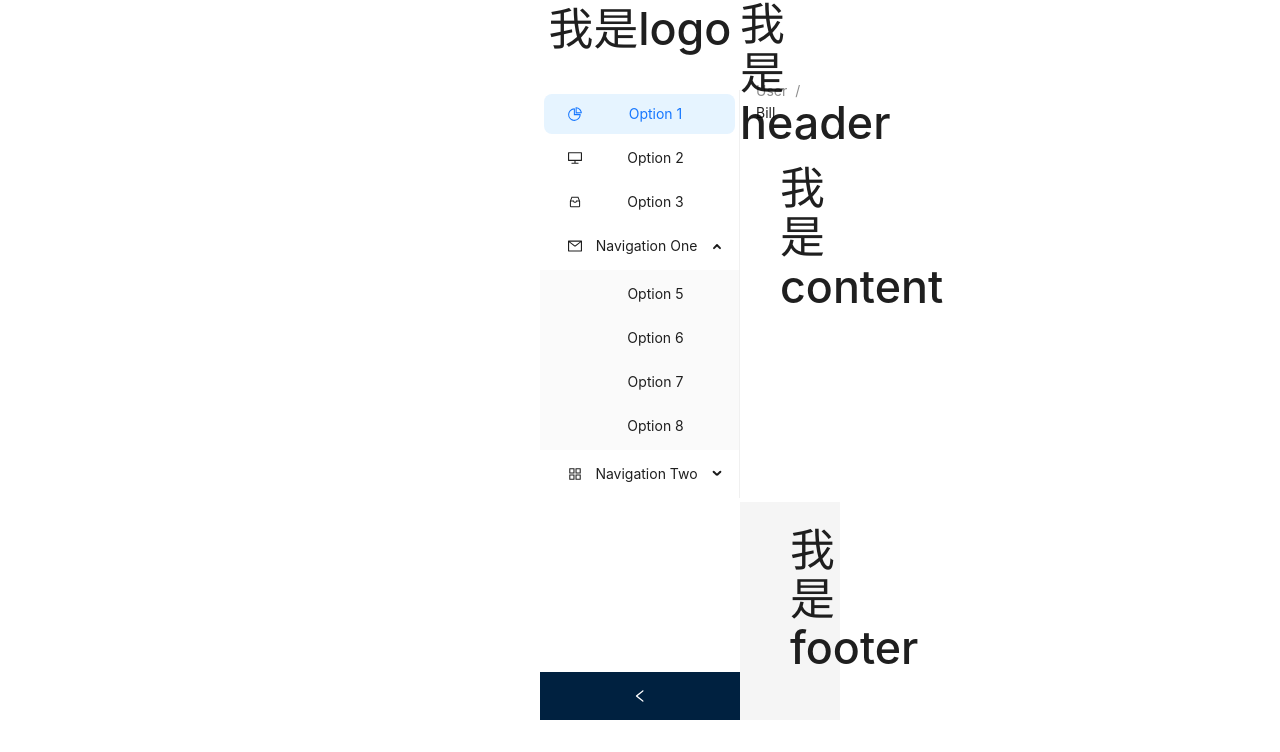
Repository: chenyl8848/chen-tool-collection
Page: /
These files come from the project's save history. The page is drawn as it stood at one moment and after the next save; the edit follows.
The browser window is 1280 px wide. The pictures show the whole page.
The project was rebuilt for these pictures with package versions that can differ from the ones it lists, and the page was loaded fresh each time. Also part of the build but not shown: vite.config.ts, src/components/HelloWorld.vue.

Above is the page before, as saved 2024-01-09 11:03:38.

### src/main.ts
import { createApp } from 'vue'
import './style.css'

// import Antd from 'ant-design-vue';
import 'ant-design-vue/dist/reset.css';

import App from './App.vue'

const app = createApp(App)

// app.use(Antd)

app.mount('#app')

### src/App.vue
<script setup lang="ts">
import Layout from '@/layout/index.vue';
</script>

<template>
  <div>
    <Layout></Layout>
  </div>
</template>

<style scoped>
</style>

### src/layout/index.vue
<script lang="ts" setup>
import Logo from '@/layout/siderbar/logo/index.vue'
import Menu from '@/layout/siderbar/menu/index.vue'
import Header from '@/layout/header/index.vue'
import Footer from '@/layout/footer/index.vue'
import Content from '@/layout/content/index.vue'
</script>

<template>
    <a-layout class="layout">
        <a-layout-sider v-model:collapsed="collapsed" collapsible class="layout-siderbar">
            <div class="logo">
                <Logo></Logo>
            </div>
            <div class="menu">
                <Menu></Menu>
            </div>
        </a-layout-sider>
        <a-layout>
            <a-layout-header class="layout-header">
                <Header></Header>
            </a-layout-header>
            <a-layout-content class="layout-content">
                <a-breadcrumb style="margin: 16px 0">
                    <a-breadcrumb-item>User</a-breadcrumb-item>
                    <a-breadcrumb-item>Bill</a-breadcrumb-item>
                </a-breadcrumb>
                <div :style="{ padding: '24px', background: '#fff', minHeight: '360px' }">
                    <Content></Content>
                </div>
            </a-layout-content>
            <a-layout-footer style="text-align: center">
                <Footer></Footer>
            </a-layout-footer>
        </a-layout>
    </a-layout>
</template>

<style scoped>
.layout {
    min-height: 100vh;

}

.layout-siderbar {
    background-color: white;

}

.logo {
    padding: 5px;
    height: 90px;
}

.layout-header {
    background: #fff;
    padding: 0
}

.layout-content {
    margin: 0 16px
}
</style>

### src/layout/siderbar/logo/index.vue
<script lang="ts" setup>

</script>

<template>
  <div>
    <h1>我是logo</h1>
  </div>
</template>

### src/layout/siderbar/menu/index.vue
<template>
    <div>
      <a-menu
        v-model:openKeys="state.openKeys"
        v-model:selectedKeys="state.selectedKeys"
        mode="inline"
        :inline-collapsed="state.collapsed"
        :items="items"
      ></a-menu>
    </div>
  </template>
  <script lang="ts" setup>
  import { reactive, watch, h } from 'vue';
  import {
    MenuFoldOutlined,
    MenuUnfoldOutlined,
    PieChartOutlined,
    MailOutlined,
    DesktopOutlined,
    InboxOutlined,
    AppstoreOutlined,
  } from '@ant-design/icons-vue';
  const state = reactive({
    collapsed: false,
    selectedKeys: ['1'],
    openKeys: ['sub1'],
    preOpenKeys: ['sub1'],
  });
  const items = reactive([
    {
      key: '1',
      icon: () => h(PieChartOutlined),
      label: 'Option 1',
      title: 'Option 1',
    },
    {
      key: '2',
      icon: () => h(DesktopOutlined),
      label: 'Option 2',
      title: 'Option 2',
    },
    {
      key: '3',
      icon: () => h(InboxOutlined),
      label: 'Option 3',
      title: 'Option 3',
    },
    {
      key: 'sub1',
      icon: () => h(MailOutlined),
      label: 'Navigation One',
      title: 'Navigation One',
      children: [
        {
          key: '5',
          label: 'Option 5',
          title: 'Option 5',
        },
        {
          key: '6',
          label: 'Option 6',
          title: 'Option 6',
        },
        {
          key: '7',
          label: 'Option 7',
          title: 'Option 7',
        },
        {
          key: '8',
          label: 'Option 8',
          title: 'Option 8',
        },
      ],
    },
    {
      key: 'sub2',
      icon: () => h(AppstoreOutlined),
      label: 'Navigation Two',
      title: 'Navigation Two',
      children: [
        {
          key: '9',
          label: 'Option 9',
          title: 'Option 9',
        },
        {
          key: '10',
          label: 'Option 10',
          title: 'Option 10',
        },
        {
          key: 'sub3',
          label: 'Submenu',
          title: 'Submenu',
          children: [
            {
              key: '11',
              label: 'Option 11',
              title: 'Option 11',
            },
            {
              key: '12',
              label: 'Option 12',
              title: 'Option 12',
            },
          ],
        },
      ],
    },
  ]);
  watch(
    () => state.openKeys,
    (_val, oldVal) => {
      state.preOpenKeys = oldVal;
    },
  );
  const toggleCollapsed = () => {
    state.collapsed = !state.collapsed;
    state.openKeys = state.collapsed ? [] : state.preOpenKeys;
  };
  </script>

### src/layout/header/index.vue
<script lang="ts" setup>

</script>

<template>
  <div>
    <h1>我是header</h1>
  </div>
</template>

### src/layout/footer/index.vue
<script lang="ts" setup>

</script>

<template>
  <div>
    <h1>我是footer</h1>
  </div>
</template>

### src/layout/content/index.vue
<script lang="ts" setup>

</script>

<template>
  <div>
    <h1>我是content</h1>
  </div>
</template>

Loaded but not shown: index.html (common file); src/style.css (common file)

After the next save:
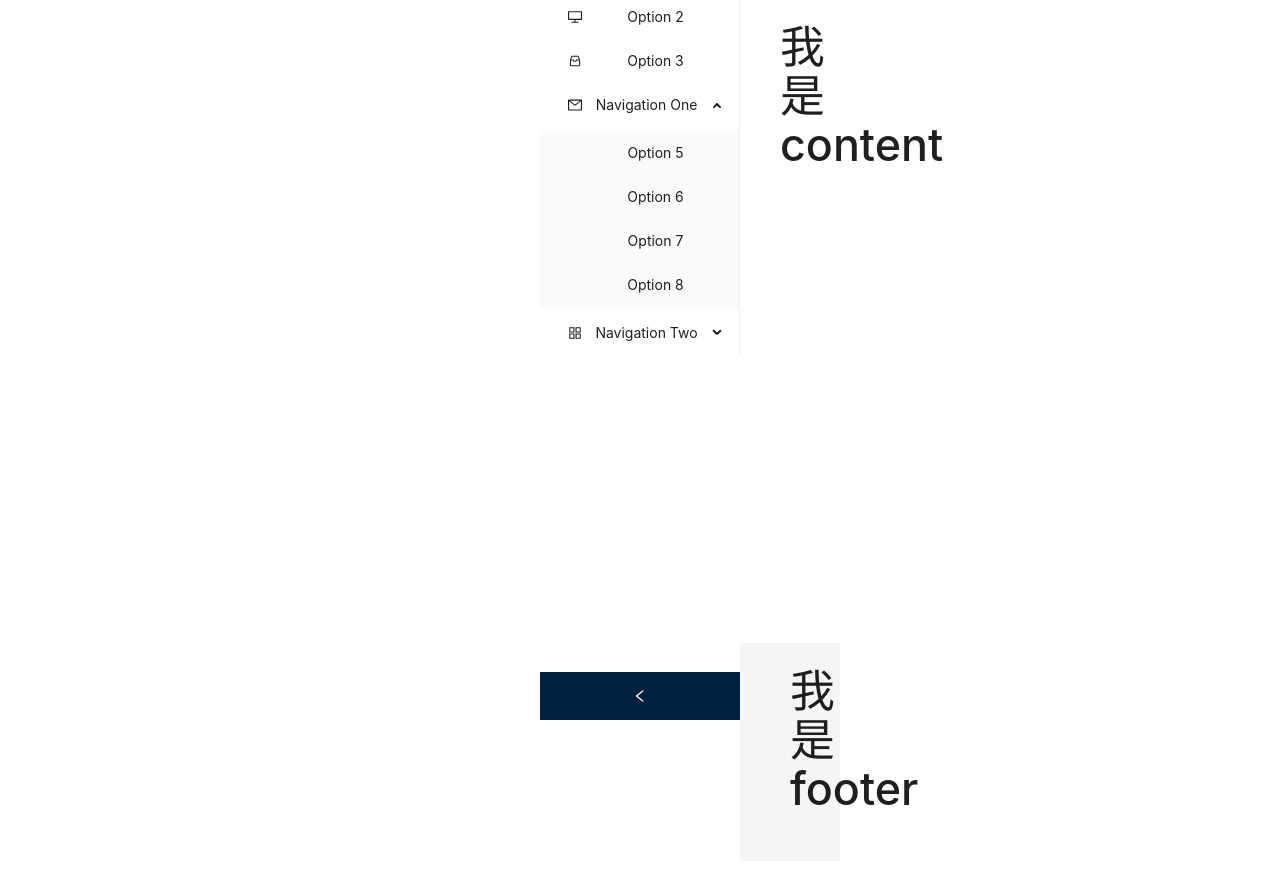
Saved 11 s later.
--- a/src/layout/index.vue
+++ b/src/layout/index.vue
@@ -58,6 +58,7 @@
 }
 
 .layout-content {
-    margin: 0 16px
+    margin: 0 16px;
+    height: 100vh;
 }
 </style>
